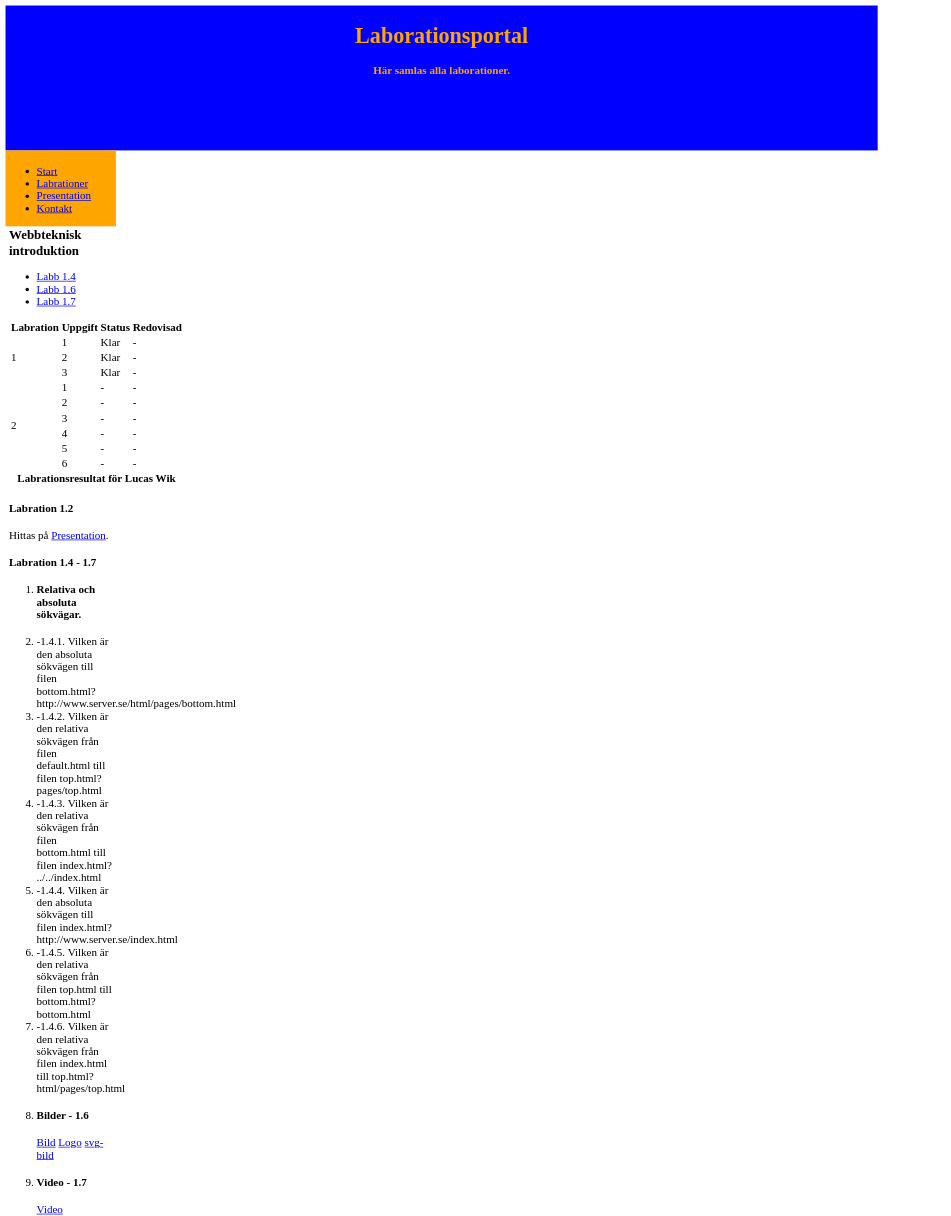
Repository: lw222gz/1ik415-laborationer
Page: Pages/labrationer.html
The author's editor kept a record of every edit. The page is drawn from the files as they stood at one moment, then again after the next edit.
The browser window is 1280 px wide. The page is 1280 px wide, then 1378 px, so the pictures cover 1378 px, including what lies to the right of the window. The pictures show the whole page, at 69% of full size.

Above is the page before.

### Pages/labrationer.html
<!doctype html>
<html lang="sv">
    <head>
        <meta charset="utf-8" />
        <link rel="stylesheet" href="../Css/Style.css" />
        <title>labrationer</title>
    </head>
<body>
<div id="header">
<h1>Laborationsportal</h1>

<strong>Här samlas alla laborationer.</strong>
</div>

<div id="navigator">
<ul>
    <li><a href="../index.html">Start</a></li>
    <li><a href="labrationer.html">Labrationer</a></li>
    <li><a href="presentation.html">Presentation</a></li>
    <li><a href="kontakt.html">Kontakt</a></li>
</ul>

<h3>Webbteknisk introduktion</h3>
<ul>
    <li><a href="#1.4">Labb 1.4</a></li>
    <li><a href="#1.6">Labb 1.6</a></li>
    <li><a href="#1.7">Labb 1.7</a></li>
</ul>

<table>
    <thead>
    <tr>
        <th>Labration</th>
        <th>Uppgift</th>
        <th>Status</th>
        <th>Redovisad</th>
    </tr>
    </thead>

    <tfoot>
    <tr>
        <th colspan="4">Labrationsresultat för Lucas Wik</th>
    </tr>
    </tfoot>

    <tbody>
    <tr>
    <td rowspan="3">1</td>
        <td>1</td>
        <td>Klar</td>
        <td>-</td>
    </tr>
    <tr>
        <td>2</td>
        <td>Klar</td>
        <td>-</td>
    </tr>
    <tr>
        <td>3</td>
        <td>Klar</td>
        <td>-</td>
    </tr>
    <tr>
        <td rowspan="6">2</td>
        <td>1</td>
        <td>-</td>
        <td>-</td>
    </tr>
    <tr>
        <td>2</td>
        <td>-</td>
        <td>-</td>
    </tr>
    <tr>
        <td>3</td>
        <td>-</td>
        <td>-</td>
    </tr>
    <tr>
        <td>4</td>
        <td>-</td>
        <td>-</td>
    </tr>
    <tr>
        <td>5</td>
        <td>-</td>
        <td>-</td>
    </tr>
    <tr>
        <td>6</td>
        <td>-</td>
        <td>-</td>
    </tr>
    </tbody>

</table>


<h4>Labration 1.2</h4>
Hittas på <a href="presentation.html">Presentation</a>.



<h4>Labration 1.4 - 1.7</h4>
<ol>
    <li><a id="1.4"></a><h4>Relativa och absoluta sökvägar.</h4>
        <li>-1.4.1. Vilken är den absoluta sökvägen till filen bottom.html?<br />
                http://www.server.se/html/pages/bottom.html</li>

        <li>-1.4.2. Vilken är den relativa sökvägen från filen default.html till filen top.html?<br />
                pages/top.html</li>

        <li>-1.4.3. Vilken är den relativa sökvägen från filen bottom.html till filen index.html?<br />
                ../../index.html</li>

        <li>-1.4.4. Vilken är den absoluta sökvägen till filen index.html?<br />
                http://www.server.se/index.html</li>

        <li>-1.4.5. Vilken är den relativa sökvägen från filen top.html till bottom.html?<br />
                bottom.html</li>

        <li>-1.4.6. Vilken är den relativa sökvägen från filen index.html till top.html?<br />
                html/pages/top.html</li>


    <li><a id="1.6"></a><h4>Bilder - 1.6</h4>
    <a href="presentation.html#bild">Bild</a>
    <a href="../Pics/get%20rekt.png">Logo</a>
    <a href="../index.html#grsm">svg-bild</a>
    </li>
    <li><a id="1.7"></a><h4>Video - 1.7</h4>
        <a href="https://1ik415-laborationer-c9-lw222gz_1.c9.io/Videos/index.html#Video">Video</a>
    </li>
</ol>
</body>
</html>

### Css/Style.css
#header {
                background-color:blue;
                color:orange;
                height:200px;
                text-align:center;
                padding:5px;
        }

#navigator
        {
                float:left;
                width:150px;
                height:100px;
                background-color:orange;
                padding:5px;
        }

#container
        {
                  background-color:#00FFFF;
                  height:1500px;
        }

#content
        {
                position:absolute;left:168px;top:218px;
                width:1200px;
                text-align:center;
                background-color:#00BFFF;
                padding:5px;
        }
#footer
        {
                text-align:center;
                height:150px;
                background-color:blue;
                color:white;
        }

After the next edit:
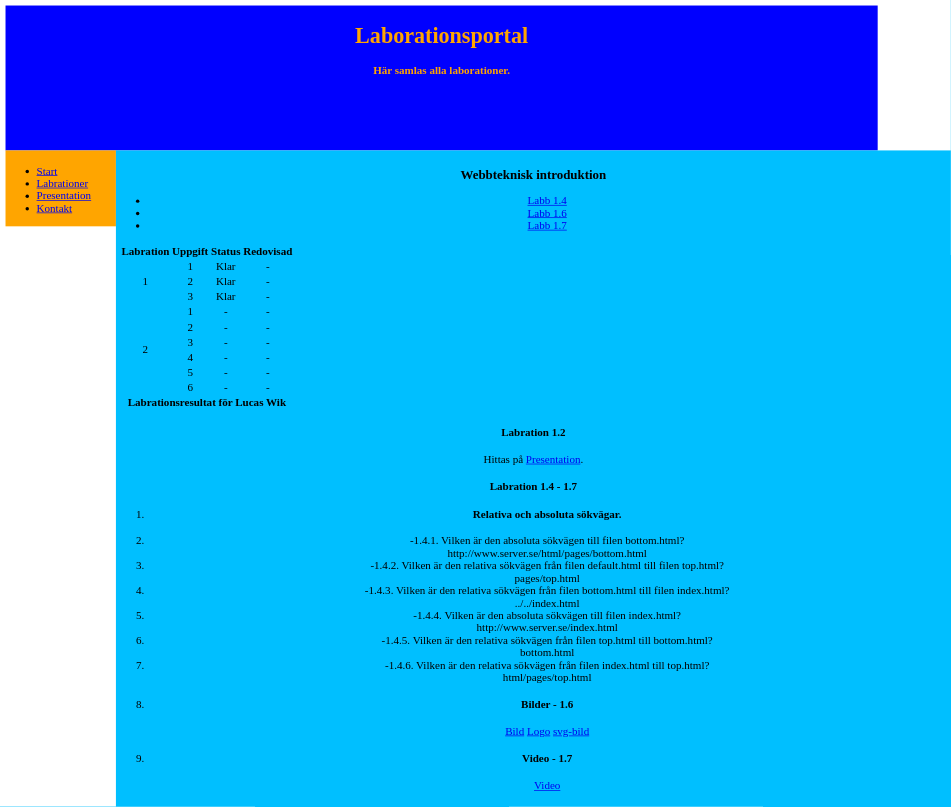
The edit:
--- a/Pages/labrationer.html
+++ b/Pages/labrationer.html
@@ -19,7 +19,9 @@
     <li><a href="presentation.html">Presentation</a></li>
     <li><a href="kontakt.html">Kontakt</a></li>
 </ul>
+</div>
 
+<div id="content">
 <h3>Webbteknisk introduktion</h3>
 <ul>
     <li><a href="#1.4">Labb 1.4</a></li>
